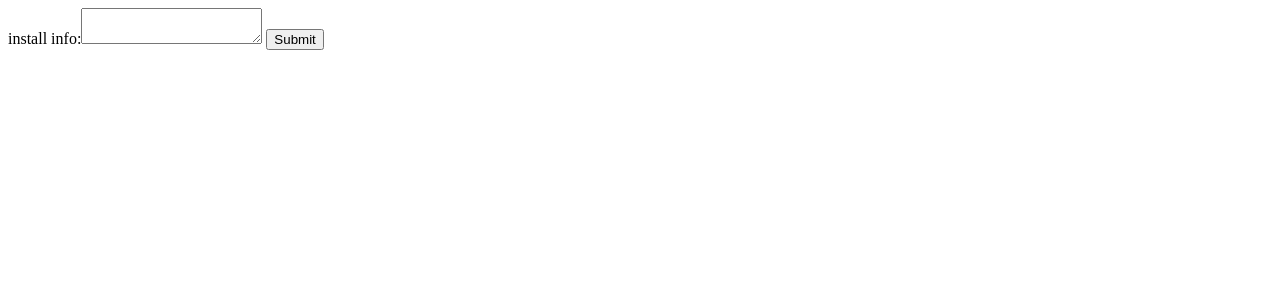
Repository: bleastrind/InternetOS
Page: http://localhost/InternetOS/appinstall.jsp
These files come from the project's save history. The page is drawn as it stood at one moment and after the next save; the edit follows.
The browser window is 1280 px wide. The pictures show the whole page.
The page is served by Tomcat 9. Nobody is signed in. The application's start-up code is not run.

Above is the page before, as saved 2011-04-14 14:28:33.

After the next save:
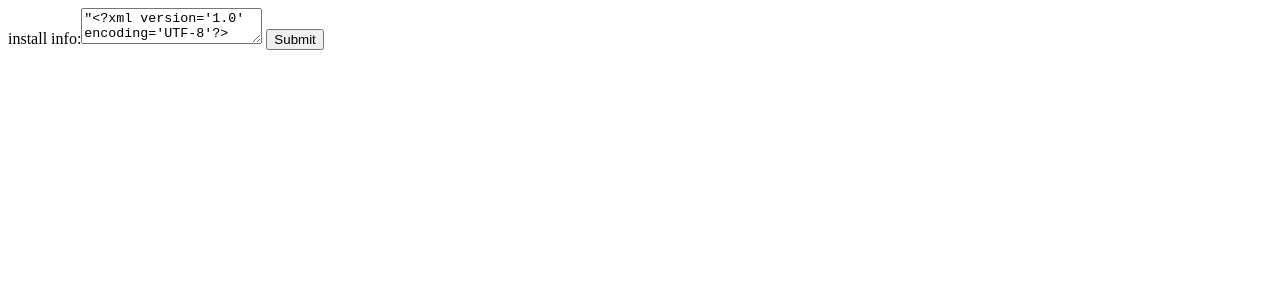
Saved 59 s later.
--- a/InternetOS/WebContent/appinstall.jsp
+++ b/InternetOS/WebContent/appinstall.jsp
@@ -8,7 +8,7 @@
 </head>
 <body>
 	<form action="addApp" method="POST">
-		install info:<textarea name="install" text="<?xml version='1.0' encoding='UTF-8'?><Application><Name>Test</Name><Listeners><HttpListener><URL>http://localhost:8080/DemoApp/listener</URL><MatchRule type='urlregex'>.*/signal/send.*</MatchRule></HttpListener></Listeners></Application>"></textarea>
+		install info:<textarea name="install" >"<?xml version='1.0' encoding='UTF-8'?><Application><Name>Test</Name><Listeners><HttpListener><URL>http://localhost:8080/DemoApp/listener</URL><MatchRule type='urlregex'>.*/signal/send.*</MatchRule></HttpListener></Listeners></Application>"></textarea>
 		<input type="submit"/>
 	</form>
 </body>
